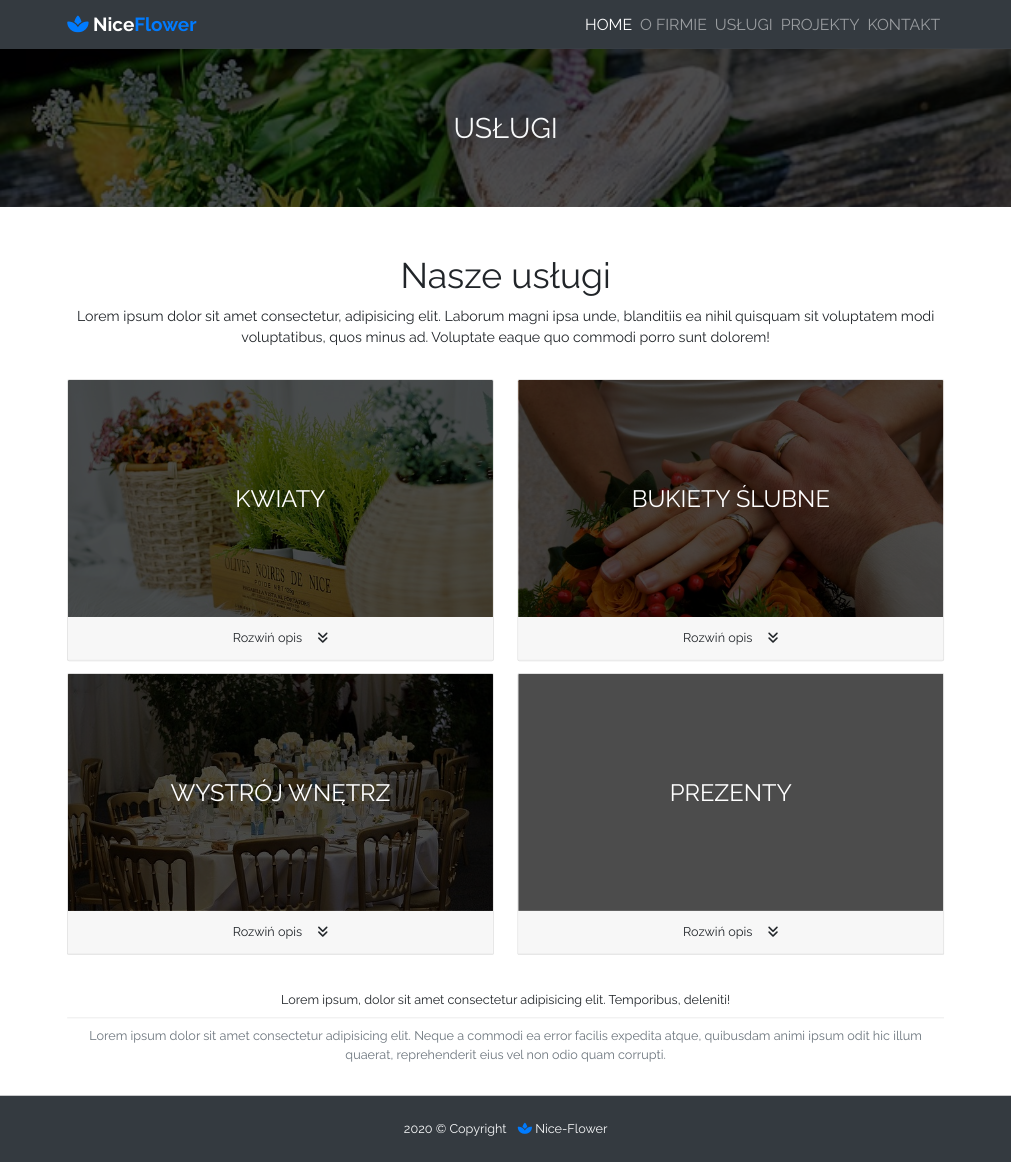
Repository: KrzysKolo/Projekt-13_Kwiaciarnia
Page: services.html
These files come from the project's save history. The page is drawn as it stood at one moment and after the next save; the edit follows.
The browser window is 1280 px wide. The pictures show the whole page, at 79% of full size.
Some web libraries are served in a nearby version.

Above is the page before, as saved 2020-08-11 11:14:55.

After the next save:
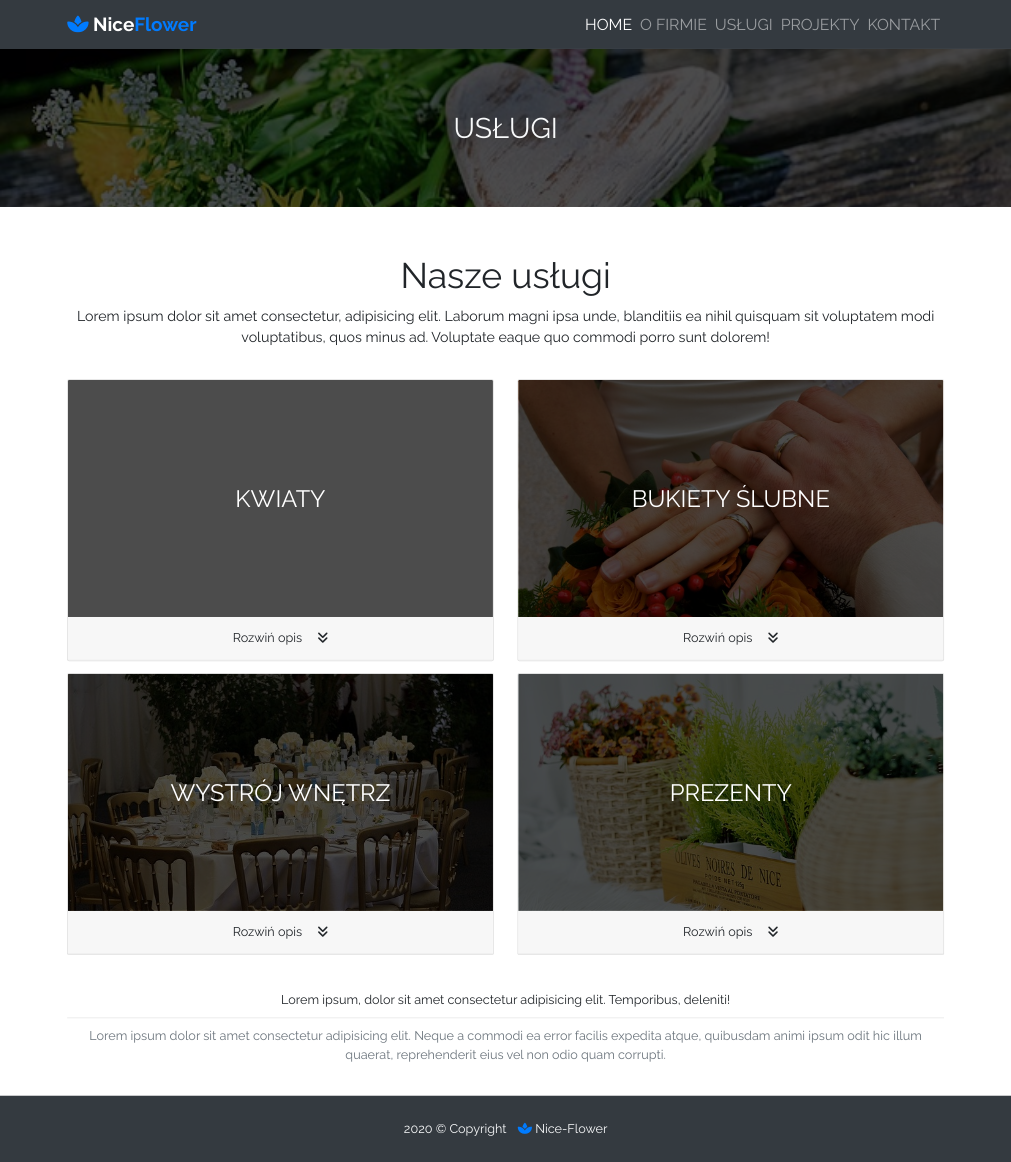
Not found: img/bm2.jpg
Saved 4 min 21 s later.
--- a/style.css
+++ b/style.css
@@ -165,7 +165,7 @@ header {
   text-transform: uppercase;
 }
 .service-pricing .box-one {
-  background-image: url("./img/rdm.jpg");
+  background-image: url("./img/bm2.jpg");
 }
 .service-pricing .box-two {
   background-image: url("./img/bsm.jpg");
@@ -173,7 +173,7 @@ header {
 .service-pricing .box-three {
   background-image: url("./img/wm.jpg");
 }
-.service-pricing .box-one {
+.service-pricing .box-four {
   background-image: url("./img/rdm.jpg");
 }
 /* ----------- */
